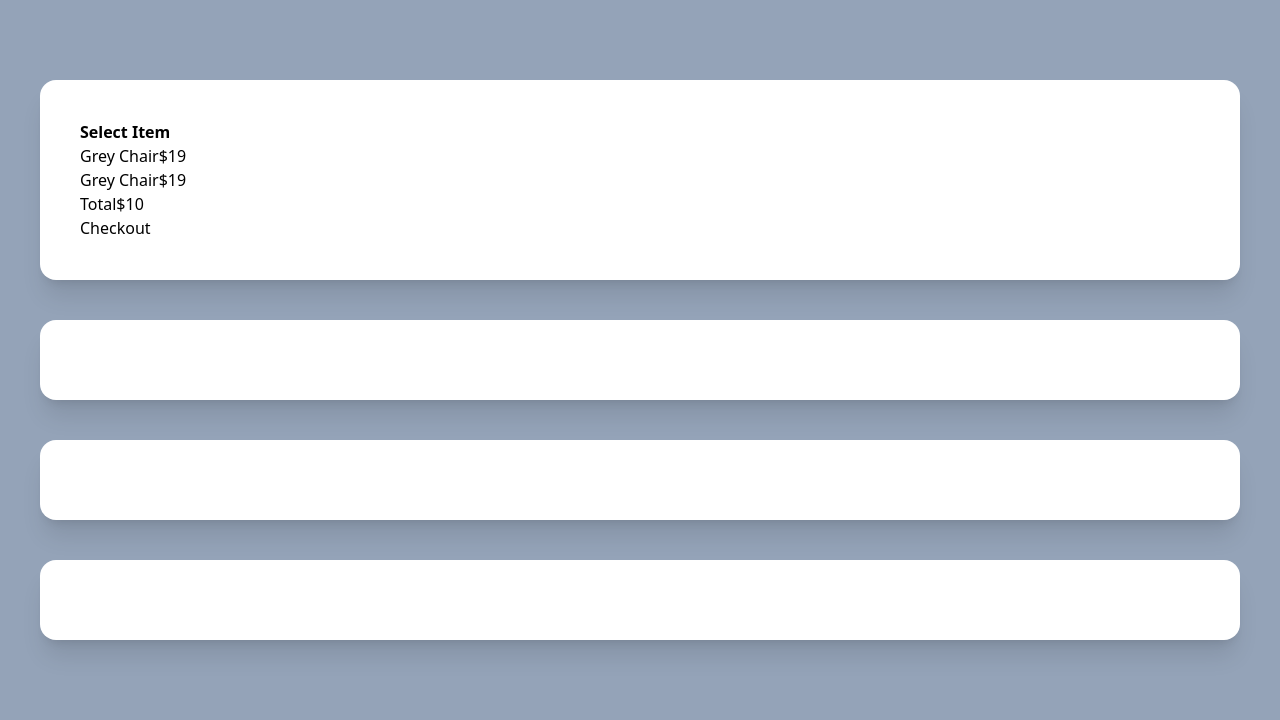
Repository: pjk0007/nextjs-carrot-marcket
Page: /
An editor plug-in stored every save of this project. The page is shown before and after the next save, followed by the edit.
The browser window is 1280 px wide. The pictures show the whole page.
The project was rebuilt for these pictures with package versions that can differ from the ones it lists, and the page was loaded fresh each time. The framework's server and built-in components were replaced by stand-ins that run in the browser. Also part of the build but not shown: next.config.js.

Above is the page before, as saved 2022-04-30 12:56:57.

After the next save:
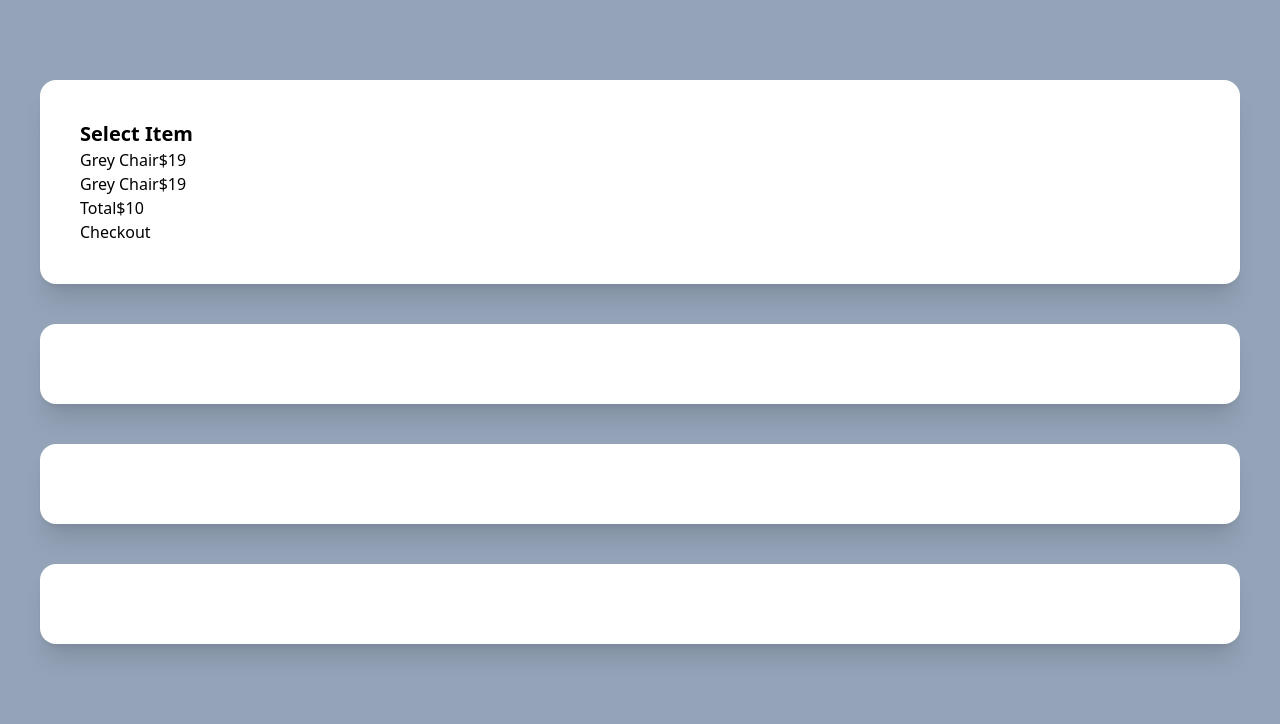
Saved 11 s later.
--- a/pages/index.tsx
+++ b/pages/index.tsx
@@ -3,7 +3,7 @@ const Home: NextPage = () => {
   return (
     <div className='bg-slate-400 py-20 px-10 grid gap-10'>
       <div className='bg-white p-10 rounded-2xl shadow-xl'>
-        <span className='font-semibold'>Select Item</span>
+        <span className='font-semibold text-xl'>Select Item</span>
         <div>
           <span>Grey Chair</span>
           <span>$19</span>
